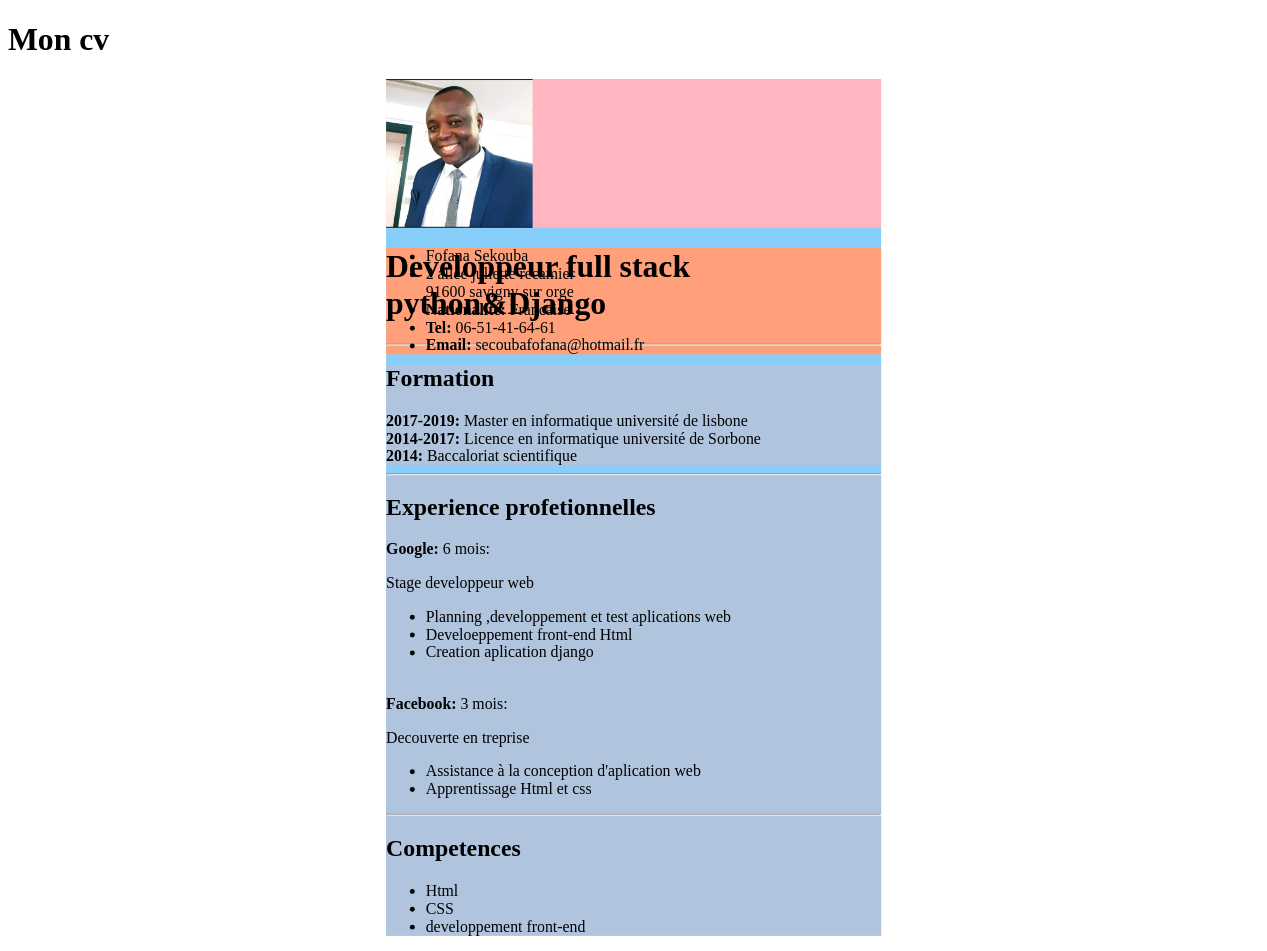
Repository: lamdakara/cv-html
Page: index.html
The author's editor kept a copy of each file at every save. The page is drawn from the files as they stood at one save, then again after the next save.
The browser window is 1280 px wide. The pictures show the whole page, at 99% of full size.
Some web libraries are served in a nearby version.

Above is the page before, as saved 2023-08-26 13:58:48.

### index.html
<!DOCTYPE html>
<html lang="fr">
<head>
    <meta charset="UTF-8">
    <meta name="viewport" content="width=device-width, initial-scale=1.0">
    <title>Cv-html-Sekouba</title>
    <link rel="stylesheet" href="/css/style.css">
    <script src="https://kit.fontawesome.com/30d425bcaa.js" crossorigin="anonymous"></script>
</head>
<body>
    <h1>Mon cv</h1>
    <div class="contenu">
    <div class="details">
        <img src="profil.jpg/1661794008238.jpg" alt="image de profil">
    <ul class="liste-details">
        <li>Fofana Sekouba</li>
        <li>2 allée juliette recamier <br>91600 savigny sur orge </li>
        <li><strong>Nationalité:</strong> Francaise</li>
        <li><strong>Tel:</strong> 06-51-41-64-61</li>
        <li><strong>Email:</strong> secoubafofana@hotmail.fr</li>
    </ul>
</div>
    <!-- titre h1 -->
    <h1>Developpeur full stack  <br> python&Django</h1>

    <hr>
    <div class="cv-section">
    <h2>Formation</h2>
    <strong>2017-2019:</strong>
    <span>Master en informatique université de lisbone</span>

    <br>

    <strong>2014-2017:</strong>
    <span>Licence en informatique université de Sorbone</span>

    <br>

    <strong>2014:</strong>
    <span>Baccaloriat scientifique</span>

    </div>
    <div class="cv-section">
    <hr>
    <div>
    <h2>Experience profetionnelles</h2>
    <strong>Google:</strong>
    <span>6 mois:</span>
    <p>Stage developpeur web</p>
    <ul>
        <li>Planning ,developpement et test aplications web</li>
        <li>Develoeppement front-end Html</li>
        <li>Creation aplication django</li>
    </ul>
    <br>

    </div>

    <strong>Facebook:</strong>
    <span>3 mois:</span>
    <p>Decouverte en treprise</p>
    <ul>
        <li>Assistance à la conception d'aplication web</li>
        <li>Apprentissage Html et css </li>

    </ul>

 <div class="cv-section">
    <hr>

    <h2>Competences</h2>
    <ul>
        <li>Html</li>
        <li>CSS</li>
        <li>developpement front-end</li>
    </ul>
</div>
</div>
</body>
</html>

### css/style.css
.contenu{
    width: 500px;
    margin: 10px auto;
    background-color: lightskyblue;
}

.details{
    background-color:lightpink;
    height: 150px;
}
.details img {

    height: 150px;
}
.liste-details{
    background-color: lightsalmon;
}
.cv-section{
    background-color: lightsteelblue;
}

After the next save:
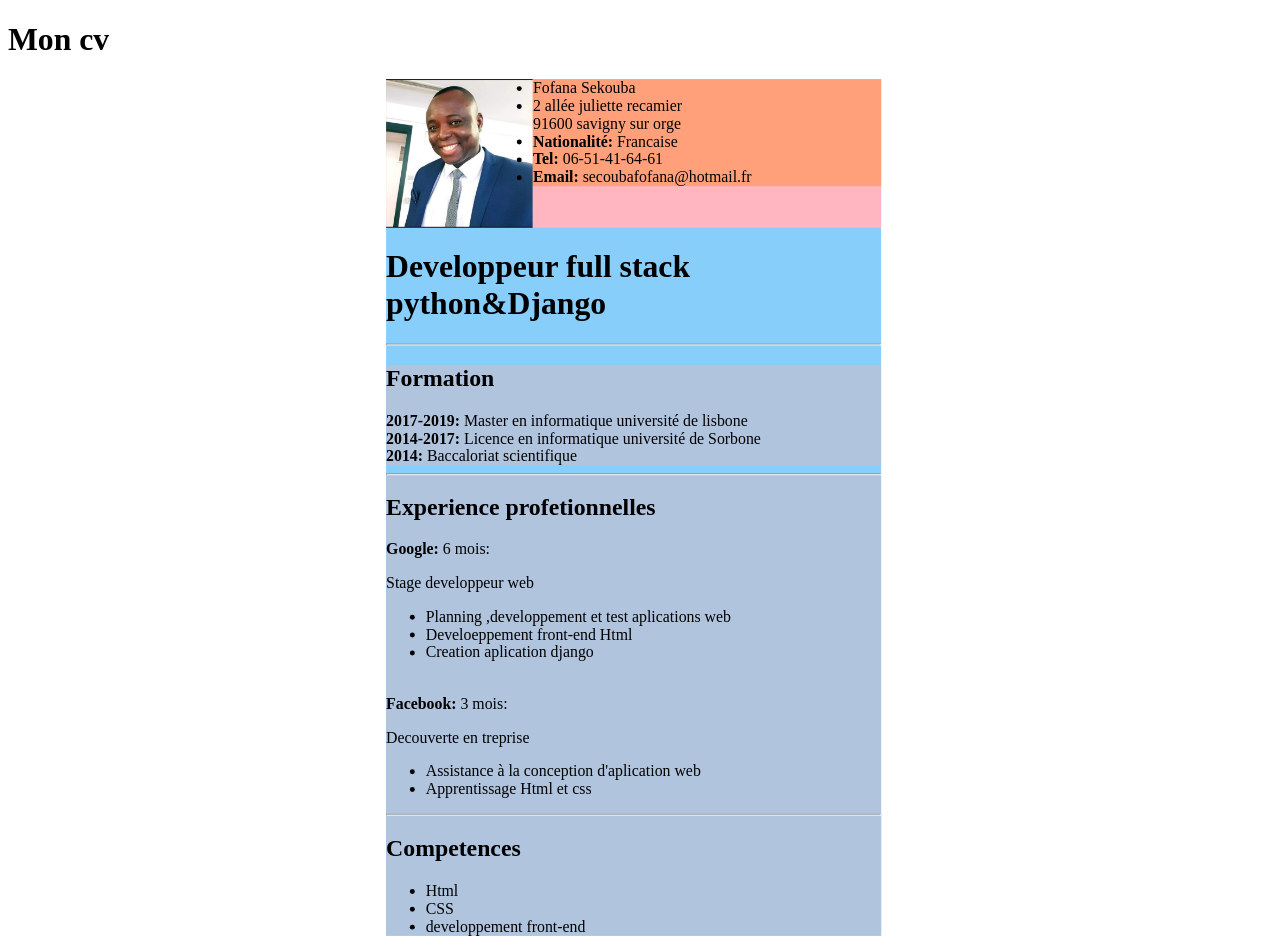
Saved 33 s later.
--- a/css/style.css
+++ b/css/style.css
@@ -9,6 +9,7 @@
     height: 150px;
 }
 .details img {
+    float: left;
 
     height: 150px;
 }
